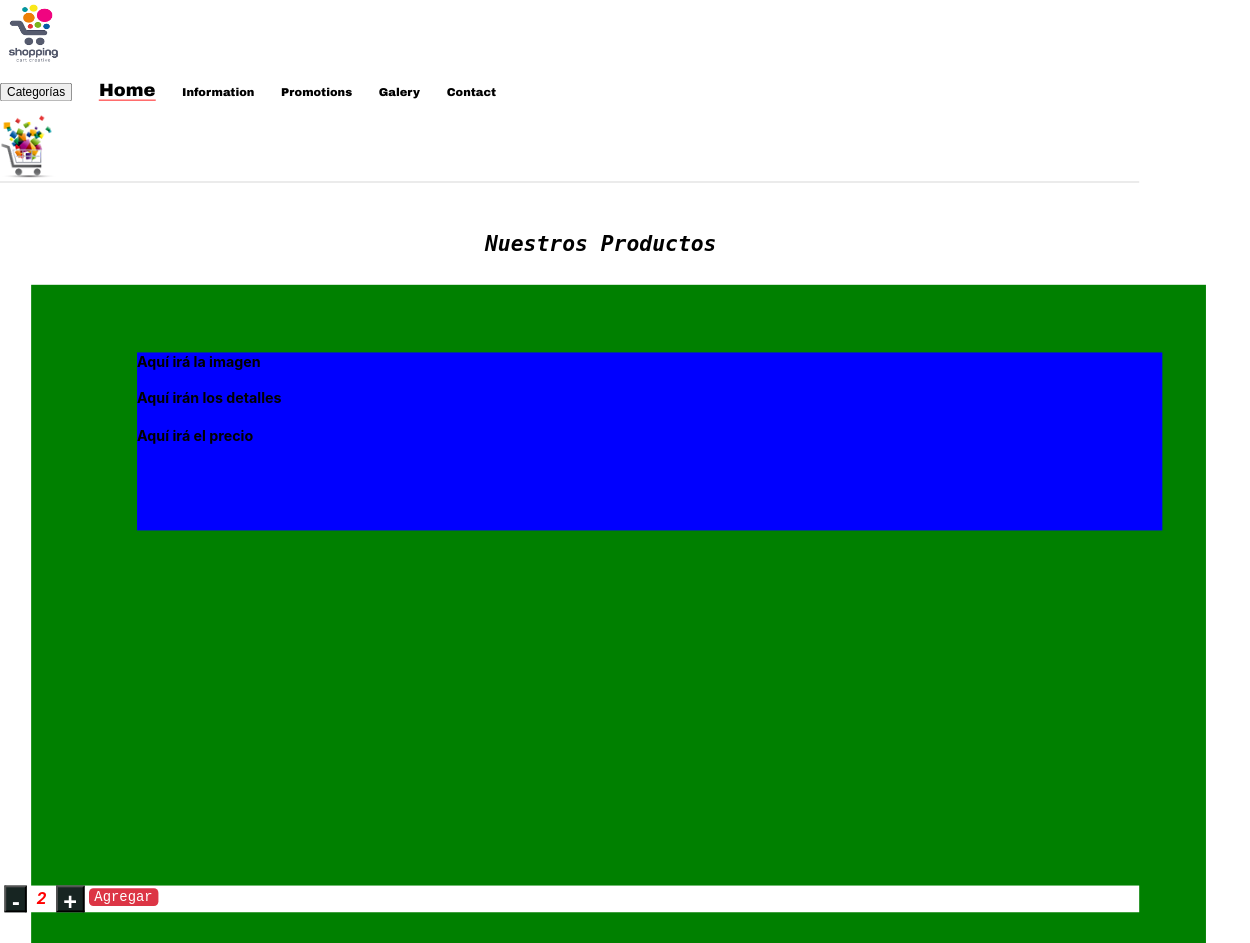
Repository: gustavomanuelquintana/CoderRepository
Page: / (app in cards-commers/)
An editor plug-in stored every save of this project. The page is shown before and after the next save, followed by the edit.
The browser window is 1280 px wide. The page is 1405 px wide, so the pictures cover 1405 px, including what lies to the right of the window. The pictures show the whole page, at 89% of full size.
The project was rebuilt for these pictures with package versions that can differ from the ones it lists, and the page was loaded fresh each time.

Above is the page before, as saved 2020-10-31 14:45:53.

After the next save:
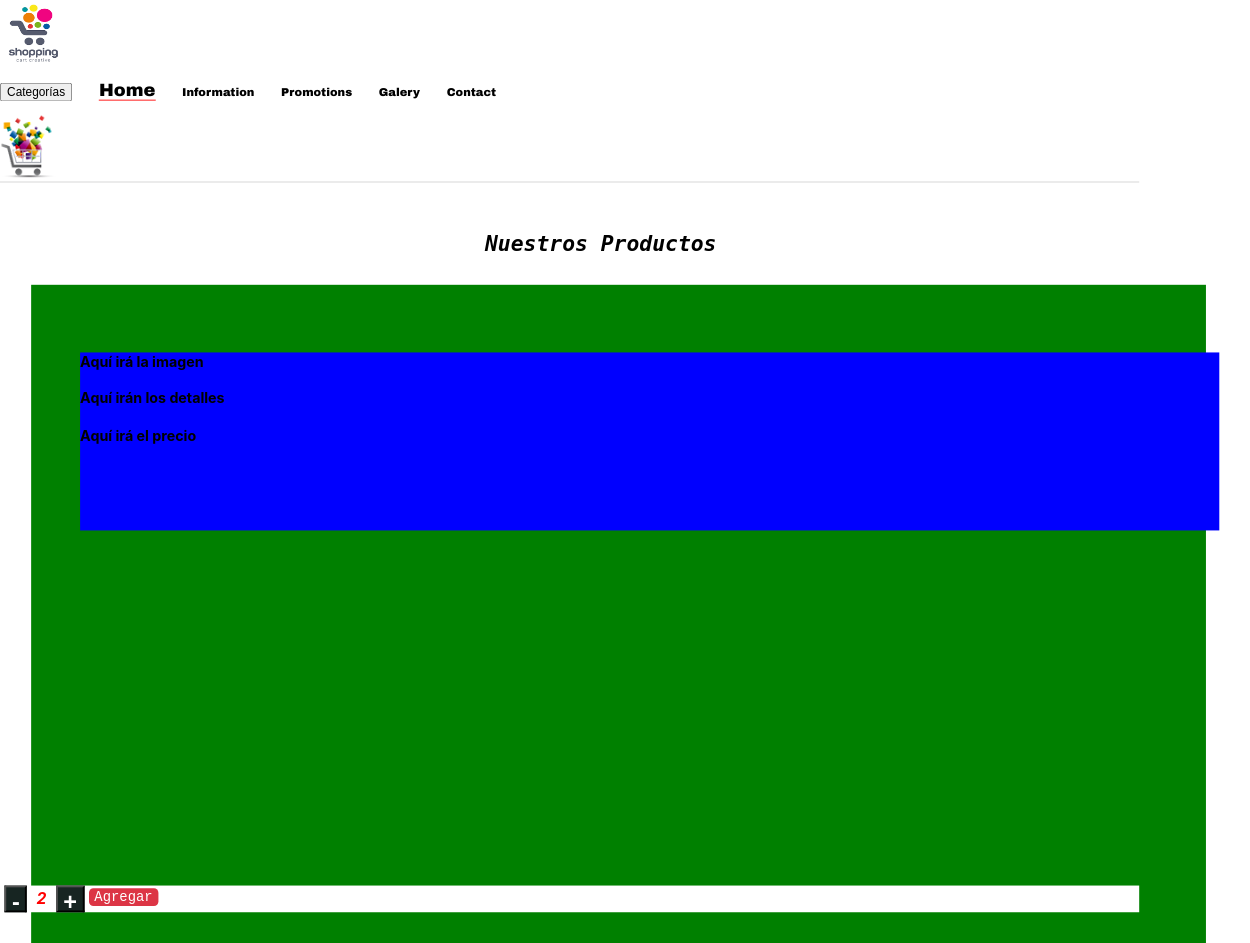
Saved 12 s later.
--- a/cards-commers/src/Components/ItemListContainer/Item/Item.css
+++ b/cards-commers/src/Components/ItemListContainer/Item/Item.css
@@ -1,6 +1,6 @@
 .Item{
     background-color: blue;
     margin:0.25em auto;
-    width:90%;
     height:200px;
 }
+.containerImage{}
